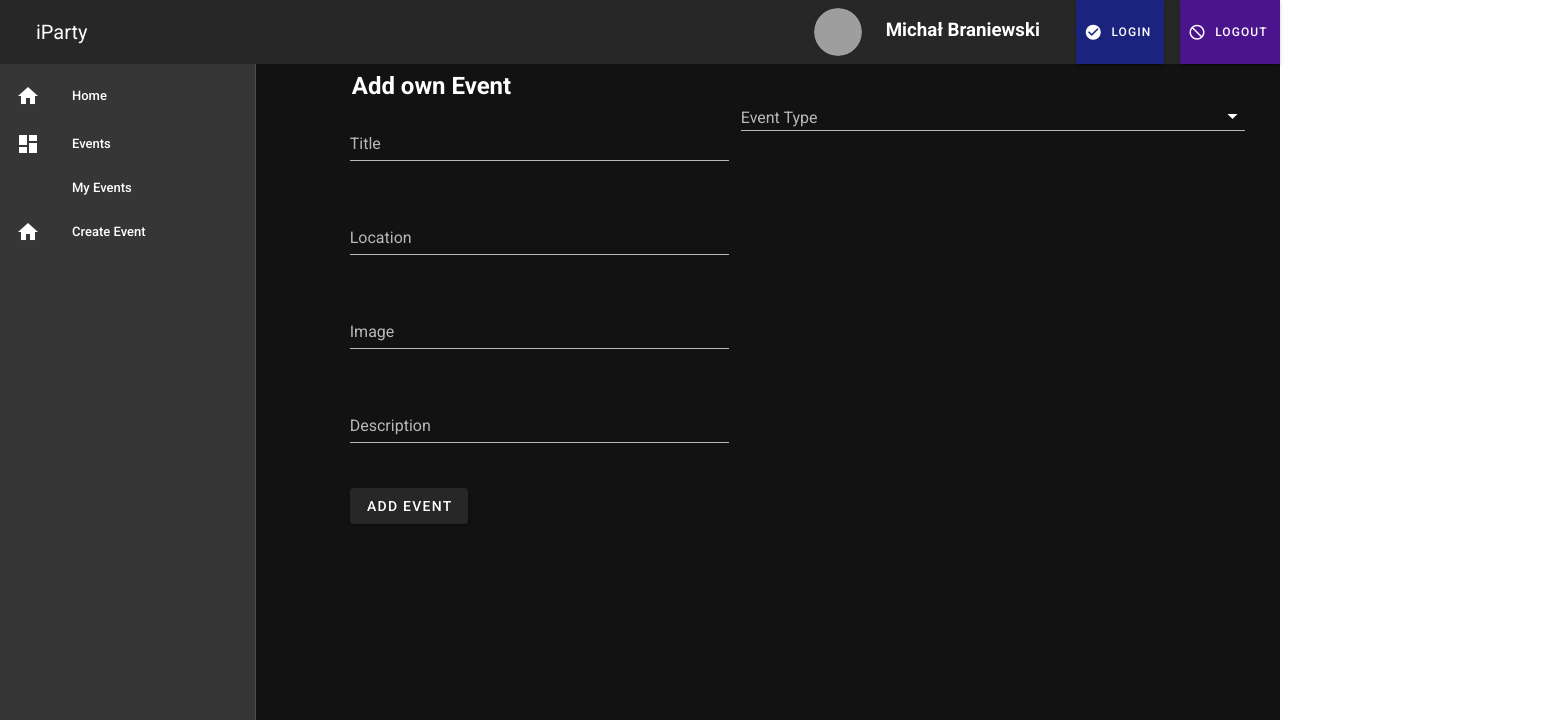
Repository: hexanek/partyapp
Page: /#/addevent
These files come from the project's save history. The page is drawn as it stood at one moment and after the next save; the edit follows.
The browser window is 1280 px wide. The page is 1547 px wide, so the pictures cover 1547 px, including what lies to the right of the window. The pictures show the whole page.
Pictures or frames that could not be fetched are drawn as grey boxes. The project was rebuilt for these pictures with package versions that can differ from the ones it lists, and the page was loaded fresh each time. Also part of the build but not shown: vue.config.js, src/components/Popup.vue, src/components/Gmap.vue, src/components/Home.vue.

Above is the page before, as saved 2020-01-26 15:46:11.

### public/index.html
<!DOCTYPE html>
<html lang="en">
  <head>
    <meta charset="utf-8">
    <meta http-equiv="X-UA-Compatible" content="IE=edge">
    <meta name="viewport" content="width=device-width,initial-scale=1.0">
    <link rel="icon" href="<%= BASE_URL %>favicon.ico">
    <title>party-app</title>
    <link rel="stylesheet" href="https://fonts.googleapis.com/css?family=Roboto:100,300,400,500,700,900">
    <link rel="stylesheet" href="https://cdn.jsdelivr.net/npm/@mdi/font@latest/css/materialdesignicons.min.css">
  </head>
  <body>
    <noscript>
      <strong>We're sorry but party-app doesn't work properly without JavaScript enabled. Please enable it to continue.</strong>
    </noscript>
    <div id="app"></div>
    <!-- built files will be auto injected -->
  </body>
</html>

### src/main.js
import Vue from 'vue'
import App from './App.vue'
import vuetify from './plugins/vuetify';
import store from './store'
import router from './router'

Vue.config.productionTip = false

new Vue({
  vuetify,
  store,
  router,
  render: h => h(App)
}).$mount('#app')

### src/App.vue
<template>
  <v-app>
    <navbar>
    </navbar>
    <Footer>
    </Footer>
    <router-view></router-view>
  </v-app>
</template>

<script>
import Navbar from "./components/Navbar";
import Footer from "./components/Footer";


export default {
  name: "App",

  components: {
    Navbar,
    Footer,
  },

  data: () => ({
    //
  }),
  methods: {}
};
</script>

### src/plugins/vuetify.js
import Vue from "vue";
import Vuetify from "vuetify/lib";
import VueRouter from "vue-router";
import * as VueGoogleMaps from "vue2-google-maps";

Vue.use(Vuetify);
Vue.use(VueRouter);
Vue.use(VueGoogleMaps, {
  load: {
    key: "AIzaSyB6QzBesMB_MjqmuZF1p7hpCl8gg4kMEy8",
    libraries: "places"
  }
});

export default new Vuetify({
  theme: {
    dark: true
  }
});

### src/router/index.js
import Vue from "vue";
import VueRouter from "vue-router";
import EventForm from "../components/Event/EventForm.vue";
import Home from "../components/Home.vue";

Vue.use(VueRouter);

const routes = [
  {
    path: "/",
    name: "home",
    component: Home
  },
  {
    path: "/addevent",
    name: "AddEvent",
    component: EventForm

    // route level code-splitting
    // this generates a separate chunk (about.[hash].js) for this route
    // which is lazy-loaded when the route is visited.
    //component: () => import(/* webpackChunkName: "about" */ '../views/About.vue')
  }
];

const router = new VueRouter({
  routes
});
export default router;

### src/components/Navbar.vue
<template>
    <div>
        <v-navigation-drawer
      v-model="drawer"
      app
      clipped
    >
      <v-list dense>
         <v-list-item link>
          <v-list-item-action>
            <v-icon>mdi-home</v-icon>
          </v-list-item-action>
          <v-list-item-content>
            <v-list-item-title>
              <router-link to="/" tag="span">Home</router-link></v-list-item-title>
          </v-list-item-content>
          </v-list-item>
        <v-list-item link>
          <v-list-item-action>
            <v-icon>mdi-view-dashboard</v-icon>
          </v-list-item-action>
          <v-list-item-content>
            <v-list-item-title>Events</v-list-item-title>
          </v-list-item-content>
        </v-list-item>
        <v-list-item link>
          <v-list-item-action>
            <v-icon>mdi-settings</v-icon>
          </v-list-item-action>
          <v-list-item-content>
            <v-list-item-title>My Events</v-list-item-title>
          </v-list-item-content>
        </v-list-item>
         <v-list-item link>
          <v-list-item-action>
            <v-icon>mdi-home</v-icon>
          </v-list-item-action>
          <v-list-item-content>
            <v-list-item-title>
              <router-link to="/addevent" tag="span"> Create Event</router-link>
              </v-list-item-title>
          </v-list-item-content>
        </v-list-item>
      </v-list>
    </v-navigation-drawer>
     <v-app-bar
      flat
      app
      clipped-left
    >
      <v-app-bar-nav-icon class="hidden-sm-and-up" @click.stop="drawer = !drawer" />
      <v-toolbar-title>
        <router-link to="/" tag="span" style="cursor: pointer">iParty</router-link>
        </v-toolbar-title>
      <v-spacer></v-spacer>
      <v-toolbar-items>

        <v-avatar class="ma-2">
      <img
        src="https://cdn.vuetifyjs.com/images/john.jpg"
        alt="John"
      >
    </v-avatar>
        <h3 class="ma-4">Michał Braniewski</h3>
        <v-btn small rounded class="indigo darken-4 mx-5">
          <v-icon dark left>mdi-checkbox-marked-circle</v-icon>
          Login


          </v-btn>
           <v-btn small rounded class="purple darken-4 mx-5 ml-n1 mr-n4">
          <v-icon dark left>mdi-cancel</v-icon>
          Logout


          </v-btn>
      </v-toolbar-items>


    </v-app-bar>
    </div>
</template>

<script>
export default {
  name: "Navbar",
  data: () => ({
    drawer: null
  })
};
</script>

<style lang="scss" scoped>
</style>

### src/components/Footer.vue
<template>
    <div>
        <!-- <v-footer app>
            <span>&copy; 2020</span>
        </v-footer> -->
    </div>
</template>

<script>
    export default {
        name: 'Footer',

        data: () => ({

        })
    }
</script>

<style lang="scss" scoped>

</style>

### src/components/Event/EventForm.vue
<template>
    <div class="content">
        <v-container mt-12 pt-6>
            <v-layout row>
                <v-flex xs-12 offset-sm3 center pa-2>
                    <h2>Add own Event</h2>
                </v-flex>
            </v-layout>
            <v-layout row>
                <v-flex xs-12>
                    <form>
                        <v-layout row>
                            <v-flex xs-12 offset-sm3 sm-6 col-4>
                                <v-text-field
                                name="title"
                                label="Title"
                                id="title"
                                row-height="15"
                                v-model="this.title"
                                required></v-text-field>
                            </v-flex>
                            <v-select
                                 :items="this.types"
                                  label="Event Type"
                                  name="Event-Type"
                                   dense
                                 ></v-select>
                        </v-layout>
                         <v-layout row>
                            <v-flex xs-12 offset-sm3 sm-6 col-4>
                                <v-text-field
                                name="location"
                                label="Location"
                                id="location"
                                v-model="this.location"
                                required></v-text-field>
                            </v-flex>

                        </v-layout>
                         <v-layout row>
                            <v-flex xs-12 offset-sm3 sm-3 col-4>
                                <v-text-field
                                name="imageUrl"
                                label="Image"
                                required
                                id="image"
                                v-model="this.imageUrl"
                                ></v-text-field>
                            </v-flex>
                        </v-layout>
                         <v-layout row>
                            <v-flex xs-12 offset-sm3 sm-3 col-4>
                                <v-text-field
                                name="description"
                                label="Description"
                                id="description"
                                rows="2"
                                v-model="this.description"
                                required></v-text-field>
                            </v-flex>
                        </v-layout>
                        <v-layout row>
                            <v-flex xs12 offset-sm3 sm-3 col-4>
                                <v-btn>Add Event</v-btn>
                            </v-flex>
                        </v-layout>
                    </form>
                </v-flex>
            </v-layout>
        </v-container>
    </div>
</template>

<script>
export default {
  name: "EventForm",
  data: function () {
    return {
        title: '',
        location: '',
        description: '',
        imageUrl: '',
        types: ['Wydarzenie', 'Klub', 'Lokal', 'Plener', 'Koncert'],

    }
  }
};
</script>

<style lang="scss" scoped>
.content {
  justify-content: center;
}
</style>

Loaded but not shown: src/store/index.js (common file)

After the next save:
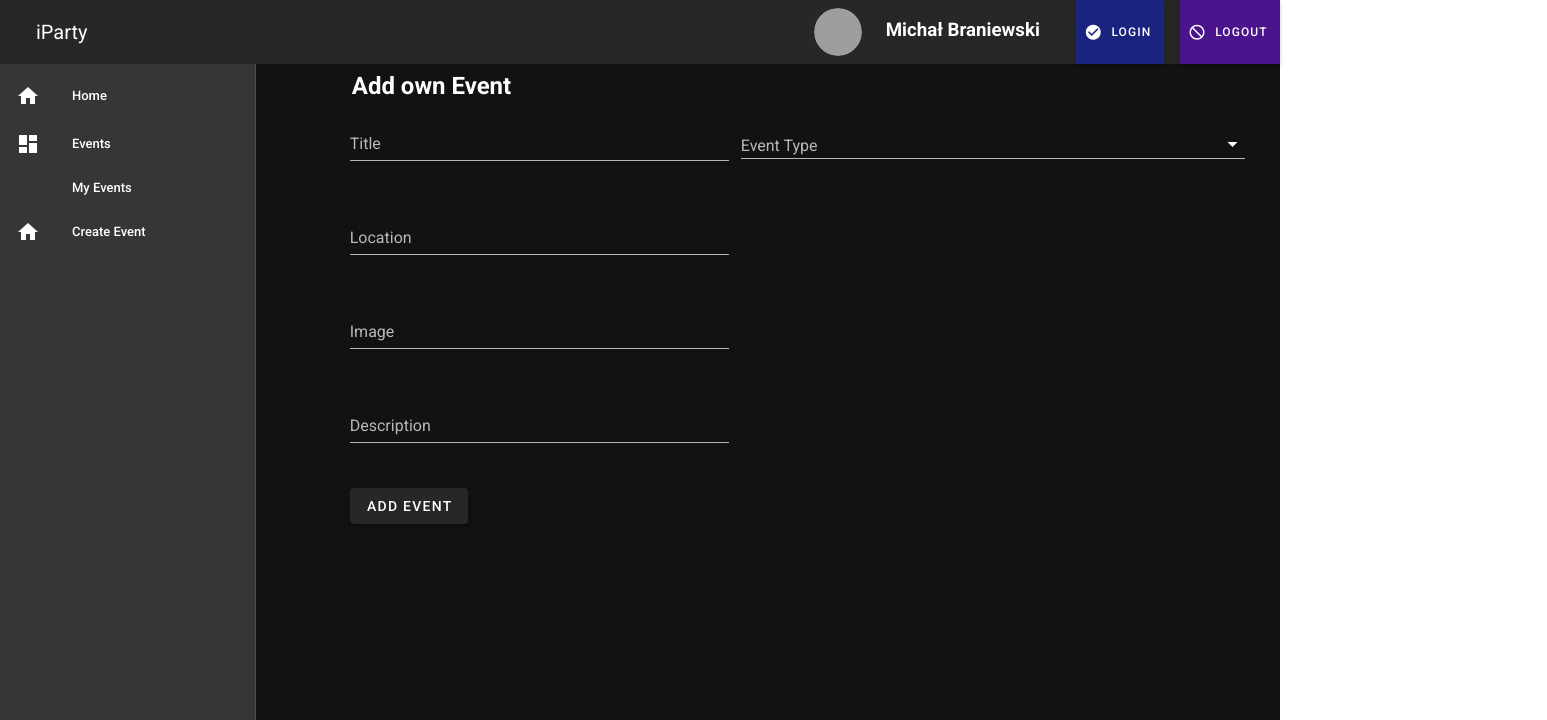
Saved 26 s later.
--- a/src/components/Event/EventForm.vue
+++ b/src/components/Event/EventForm.vue
@@ -19,7 +19,7 @@
                                 v-model="this.title"
                                 required></v-text-field>
                             </v-flex>
-                            <v-select
+                            <v-select class="select"
                                  :items="this.types"
                                   label="Event Type"
                                   name="Event-Type"
@@ -91,4 +91,7 @@ export default {
 .content {
   justify-content: center;
 }
+.select {
+    padding-top: 28px;
+}
 </style>
